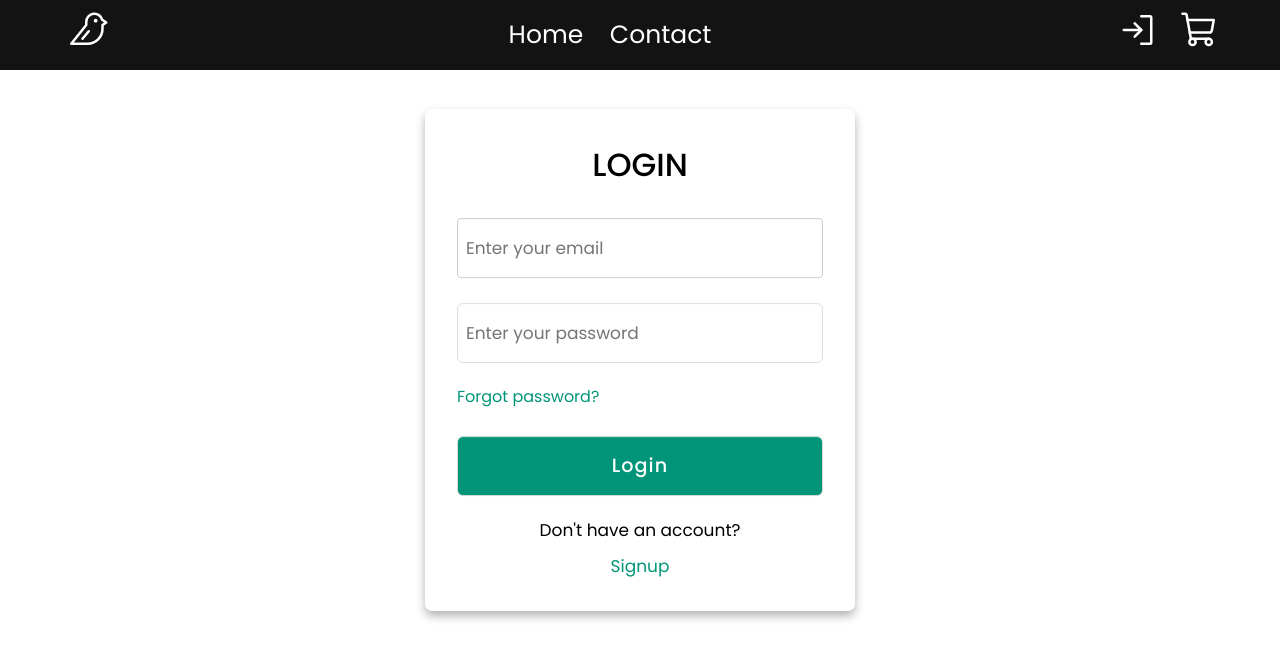
Repository: hoangdanh2/swp301
Page: /register
These files come from the project's save history. The page is drawn as it stood at one moment and after the next save; the edit follows.
The browser window is 1280 px wide. The pictures show the whole page.
The project was rebuilt for these pictures with package versions that can differ from the ones it lists, and the page was loaded fresh each time. Also part of the build but not shown: src/pages/shop/product.jsx, src/pages/shop/shop.css, src/pages/shop/shop.jsx, src/pages/contact/contact.jsx, src/pages/cart/cart-item.jsx, src/pages/cart/cart.css, src/pages/cart/cart.jsx.

Above is the page before, as saved 2023-05-29 10:43:15.

After the next save:
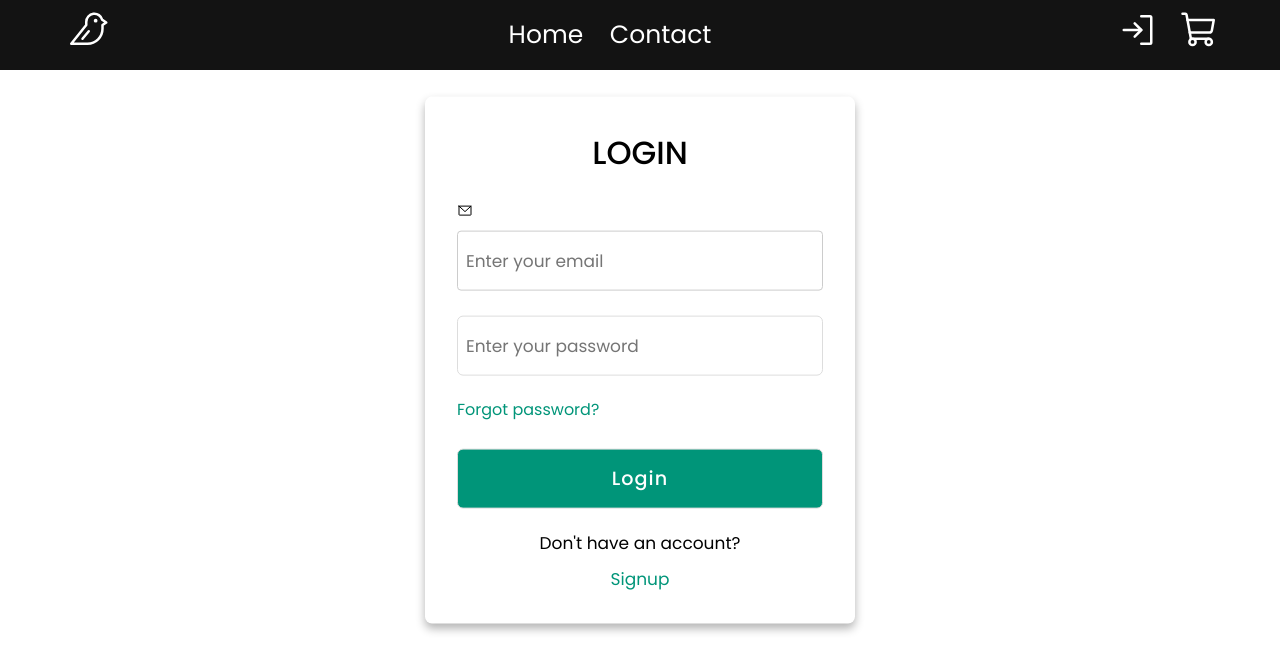
Saved 11 min 1 s later.
--- a/src/pages/register/register.jsx
+++ b/src/pages/register/register.jsx
@@ -9,6 +9,7 @@ export const Register = () => {
     <div className="login form">
       <header>LOGIN</header>
       <form action="#">
+        <span><EnvelopeSimple></EnvelopeSimple></span>
         <input type="text" placeholder="Enter your email"></input>
         <input type="password" placeholder="Enter your password"></input>
         <a href="#">Forgot password?</a>
